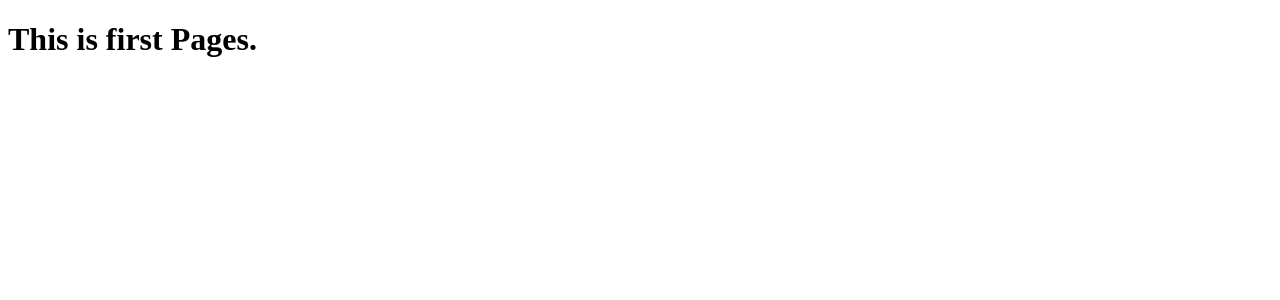
Repository: ThantLwinSoe/Servlet
Page: 01-Communication/src/main/webapp/FirstPage.html
These files come from the project's save history. The page is drawn as it stood at one moment and after the next save; the edit follows.
The browser window is 1280 px wide. The pictures show the whole page.

Above is the page before, as saved 2023-02-06 03:19:55.

After the next save:
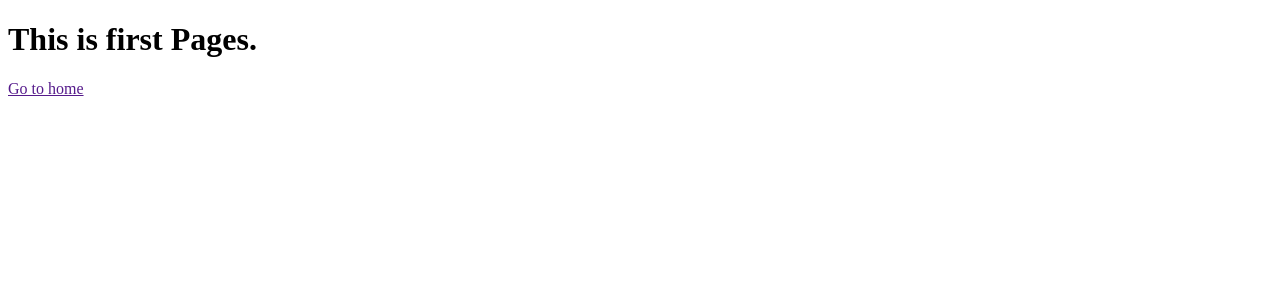
Saved 35 s later.
--- a/01-Communication/src/main/webapp/FirstPage.html
+++ b/01-Communication/src/main/webapp/FirstPage.html
@@ -6,5 +6,6 @@
 </head>
 <body>
 	<h1>This is first Pages.</h1>
+	<a href="">Go to home</a>
 </body>
 </html>
